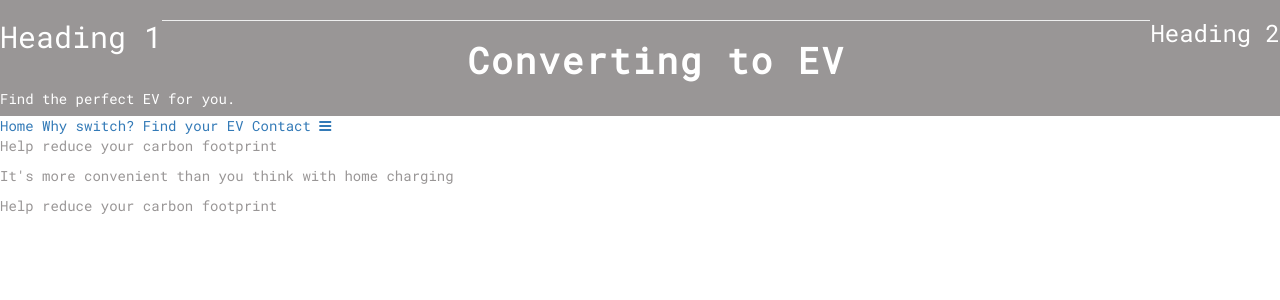
Repository: gnisco/project-2
Page: index.html
The author's editor kept a record of every edit. The page is drawn from the files as they stood at one moment, then again after the next edit.
The browser window is 1280 px wide. The pictures show the whole page.
Some web libraries are served in a nearby version.

Above is the page before.

### index.html
<!DOCTYPE html>
<html lang="en">
<head>
    <link rel="stylesheet" href="https://maxcdn.bootstrapcdn.com/bootstrap/3.3.7/css/bootstrap.min.css" type="text/css" />
    <link rel="stylesheet" href="https://maxcdn.bootstrapcdn.com/font-awesome/4.7.0/css/font-awesome.min.css" type="text/css" />
    <link rel="stylesheet" href="https://cdnjs.cloudflare.com/ajax/libs/hover.css/2.1.1/css/hover-min.css" type="text/css" />
    <link rel="stylesheet" href="assets/css/style.css" type="text/css" />
    <script src="https://ajax.googleapis.com/ajax/libs/jquery/3.2.1/jquery.min.js"></script>
    <script src="assets/js/navbar.js"></script>
    <title>Convert to EV</title>
</head>
<body>
    <header class="container-fluid">
        <div class="col">
            <div class="row bg-color-name-title">
                <div style="clear: both">
                    <h2 style="float: left">Heading 1</h2>
                    <h3 style="float: right">Heading 2</h3>
                </div>
                <hr />
                <div class="col heading">
                    <h1 class="title">Converting to EV</h1>
                </div>
                <div class="col sub-heading">
                    <h5 class="sub-title">Find the perfect EV for you.</h5>
                </div>
            </div>
        </div>
        <div class="row">
            <div class="topnav" id="myTopnav">
                <a href="index.html" class="active">Home</a>
                <a href="why-switch.html">Why switch?</a>
                <a href="#find-your-ev.html">Find your EV</a>
                <a href="#contact.html">Contact</a>
                <a href="javascript:void(0);" class="icon" onclick="myFunction()">
                  <i class="fa fa-bars"></i>
                </a>
            </div>
    </header>
    <section class="container-fluid">
        <div class="row bg-photo">
            <p>Help reduce your carbon footprint</p>
        </div>
        <div class="row bg-photo-1">
            <p>It's more convenient than you think with home charging</p>
        </div>
        <div class="row bg-photo-2">
            <p>Help reduce your carbon footprint</p>
        </div>
    </section>
    <footer>

    </footer>
</body>
</html>

### assets/css/style.css
@import url('https://fonts.googleapis.com/css?family=Roboto+Mono&display=swap');

/*--------------------------------------------navbar*/

#nav {
    margin: 0;
}

#nav li {
    padding: 0;
}

.menuitem {
    height: 122px;
    text-align: center;
    padding: 0;
}

.menuitem a {
    width: 100%;
    text-decoration: none;
    color: #ffffff;
    height: 122px;
}


.menuitem a i {
    padding-top: 22px;
    display: block;
    color: #fafafa;
    font-size: 26px;
}

.menuitem span {
    display: block;
    width: 100%;
    padding-top: 5px;
    text-align: center;
    text-transform: uppercase;
    font-size: 14px;
    font-weight: 300;
    letter-spacing: 2px;
}

.hvr-sweep-to-bottom:before {
    background: rgba(0, 0, 0, 0.2);
    height: 122px;
}

.ui-menu-color-home {
    background-color: #999696;
}

.ui-menu-color-why-switch {
    background-color: #999696;
}

.ui-menu-color-find-your-ev {
    background-color: #999696;
}

.ui-menu-color-contact {
    background-color: #999696;
}

/*--------------------------------------------Title*/

.bg-color-name-title {
    background-color: #999696;
    color: #fff;
}

.title {
    color: #fff;
    text-align: center;
    font-weight: bold;
    letter-spacing: 2px;
}

.sub-title {
    color: #fff
}


body {
    font-family: Roboto Mono, sans-serif;
    font-weight: 200;
    background-color: #fff;
    color: #999696;
}

Loaded but not shown: assets/js/navbar.js (common file)

After the next edit:
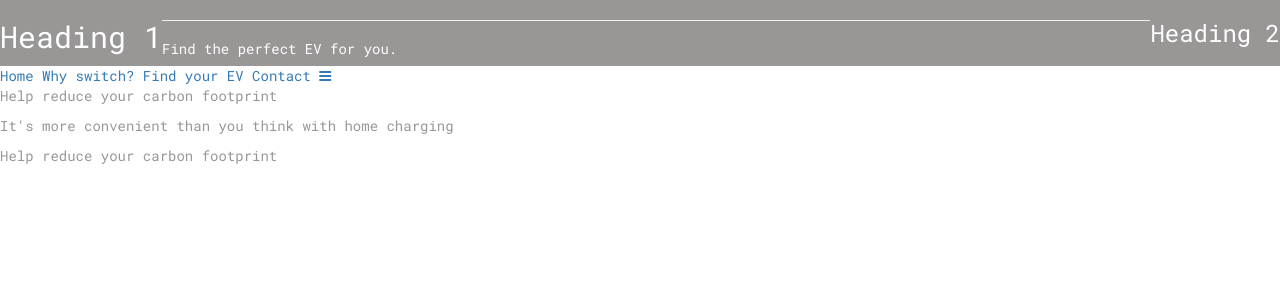
The edit:
--- a/index.html
+++ b/index.html
@@ -19,7 +19,7 @@
                 </div>
                 <hr />
                 <div class="col heading">
-                    <h1 class="title">Converting to EV</h1>
+                    <h1 class="title"></h1>
                 </div>
                 <div class="col sub-heading">
                     <h5 class="sub-title">Find the perfect EV for you.</h5>
